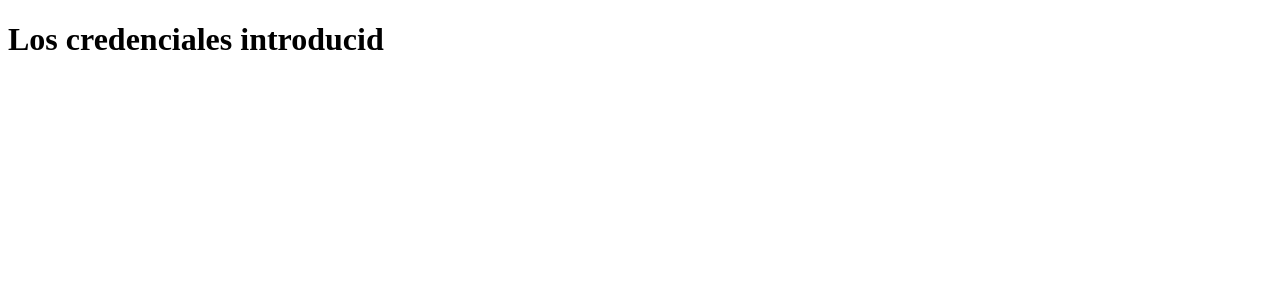
Repository: Pablosky971/Ejercicio-4.-Proyecto-Web
Page: Ejercicio5Servlet/src/main/webapp/error.html
An editor plug-in stored every save of this project. The page is shown before and after the next save, followed by the edit.
The browser window is 1280 px wide. The pictures show the whole page.

Above is the page before, as saved 2022-03-10 12:47:24.

### Ejercicio5Servlet/src/main/webapp/error.html
<!DOCTYPE html>
<html>
<head>
<meta charset="UTF-8">
<title>Error</title>
</head>
<body>
	<h1> Los credenciales introducid</h1>

</body>
</html>

After the next save:
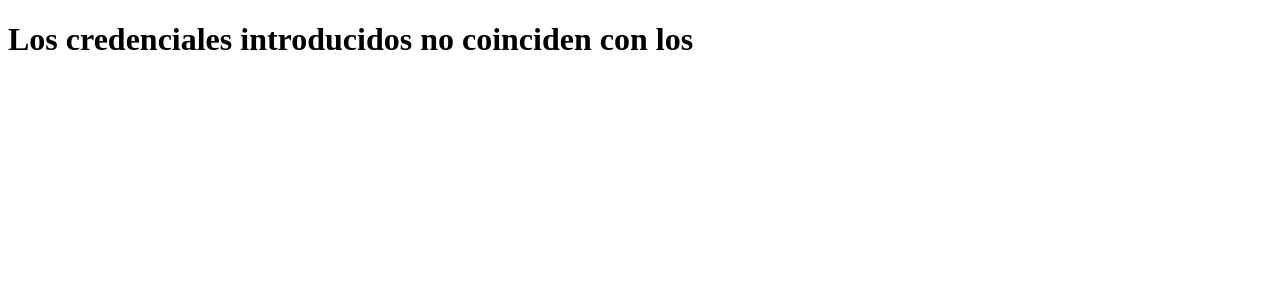
Saved 7 s later.
--- a/Ejercicio5Servlet/src/main/webapp/error.html
+++ b/Ejercicio5Servlet/src/main/webapp/error.html
@@ -5,7 +5,7 @@
 <title>Error</title>
 </head>
 <body>
-	<h1> Los credenciales introducid</h1>
+	<h1> Los credenciales introducidos no coinciden con los </h1>
 
 </body>
 </html>
